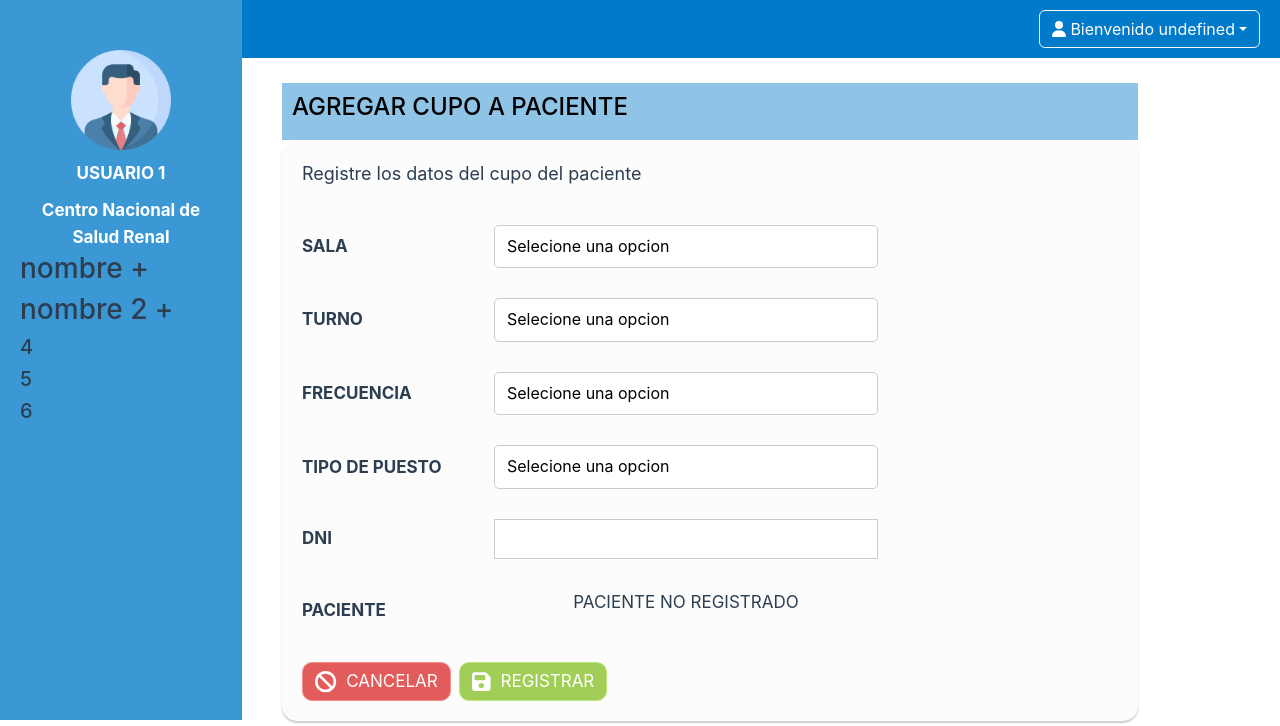
Repository: cynthiacevallos/organizadorhisar
Page: /gestion/cupos/add
An editor plug-in stored every save of this project. The page is shown before and after a run of saves, followed by the edit.
The browser window is 1280 px wide. The pictures show the whole page.
Some web libraries are served in a nearby version. The project was rebuilt for these pictures with package versions that can differ from the ones it lists, and the page was loaded fresh each time. Also part of the build but not shown: vite.config.js, vue.config.js.

Above is the page before, as saved 2023-09-06 09:23:34.

### index.html
<!DOCTYPE html>
<html lang="en">

<head>
  <meta charset="UTF-8">
  <link rel="icon" href="./src/assets/images/cnsr-logo.png">
  <meta name="viewport" content="width=device-width, initial-scale=1.0">
  <link href="https://cdn.jsdelivr.net/npm/bootstrap@5.3.1/dist/css/bootstrap.min.css" rel="stylesheet"
    integrity="sha384-4bw+/aepP/YC94hEpVNVgiZdgIC5+VKNBQNGCHeKRQN+PtmoHDEXuppvnDJzQIu9" crossorigin="anonymous">
  <title>HISAR</title>
</head>

<body>
  <div id="app"></div>
  <script type="module" src="/src/main.js"></script>


  <script src="https://code.jquery.com/jquery-3.2.1.slim.min.js"
    integrity="sha384-KJ3o2DKtIkvYIK3UENzmM7KCkRr/rE9/Qpg6aAZGJwFDMVNA/GpGFF93hXpG5KkN"
    crossorigin="anonymous"></script>
  <script src="https://cdn.jsdelivr.net/npm/popper.js@1.12.9/dist/umd/popper.min.js"
    integrity="sha384-ApNbgh9B+Y1QKtv3Rn7W3mgPxhU9K/ScQsAP7hUibX39j7fakFPskvXusvfa0b4Q"
    crossorigin="anonymous"></script>
  <script src="https://cdn.jsdelivr.net/npm/bootstrap@4.0.0/dist/js/bootstrap.min.js"
    integrity="sha384-JZR6Spejh4U02d8jOt6vLEHfe/JQGiRRSQQxSfFWpi1MquVdAyjUar5+76PVCmYl"
    crossorigin="anonymous"></script>
</body>

</html>

### src/main.js
import './assets/base.css'
import { createApp } from 'vue'
// import { Tooltip, Toast, Popover, Dropdown } from 'bootstrap';
import { createPinia } from 'pinia'
import piniaPluginPersistedstate from 'pinia-plugin-persistedstate'
import { FontAwesomeIcon } from "@fortawesome/vue-fontawesome";
import { library } from "@fortawesome/fontawesome-svg-core";
import { faPhone,faRightFromBracket,faPlus,faCircleCheck,faMagnifyingGlass,faFloppyDisk,faXmark,faBan,faPen, faFileExcel, faCircleXmark, faEye,faEyeSlash, faUser, faLock,faCircleExclamation } from "@fortawesome/free-solid-svg-icons";

import App from './App.vue'
import router from './router'
import 'vuetify/styles';
import { createVuetify } from 'vuetify';
import * as components from 'vuetify/components';
import * as directives from 'vuetify/directives';

const vuetify = createVuetify({
  components,
  directives,
});

createApp(App).use(vuetify).use(createPinia().use(piniaPluginPersistedstate)).use(router).component("font-awesome-icon", FontAwesomeIcon).mount('#app')

//import stores from './stores'
library.add(faPhone,faRightFromBracket,faPlus,faCircleCheck,faMagnifyingGlass,faFloppyDisk,faXmark,faBan,faPen,faFileExcel,faCircleXmark,faEye,faEyeSlash,faUser,faLock,faCircleExclamation);

// const app = createApp(App)

// app.use(createPinia())
// app.use(vuetify)
// app.use(router)
//    .component("font-awesome-icon", FontAwesomeIcon)

// app.mount('#app')

//createApp(App).use(createPinia()).use(stores).mount("#app");

### src/App.vue
<template>
   <!-- <SidenH :lista="arreglo" usuario="USUARIO 1" centro="Centro Nacional de Salud Renal" />-->
   <!-- <Tabla :header="headers" :data="datos"/>-->
    <!--<Input ancho="50vw" />
    <Input ancho="50vw"/>
    <Input ancho="500px" />-->
  <RouterView />

    <!--<Button title="BUSCAR" imagen="search.png" bgColor="#A1CE57" />
    <Button title="AGREGAR PACIENTE" imagen="cheque.png" bgColor="#00A79C"/>
    <Button title="CANCELAR" imagen="cancelar.png" bgColor="#E35C5C"/>
    <Button title="GENERAR EXCEL" imagen="excel.png" bgColor="#008000"/>
    <Button title="CERRAR SESION" imagen="cerrar-sesion.png" bgColor="#E35C5C" />
    <Button title="CUPOS DISPONIBLES" imagen="cheque.png" bgColor="rgba(59,153,213,0.55)"/>
    <Button imagen="lapiz.png" bgColor="rgba(0,122,201,0.44)"/>
    <Button imagen="eliminar.png" bgColor="#E35C5C"/>
    <Button title="SI" imagen="" bgColor="#A1CE57" />-->
</template>

<style scoped>
*{
  font-family: Inter, -apple-system, BlinkMacSystemFont, 'Segoe UI', Roboto, Oxygen, Ubuntu, Cantarell, 'Fira Sans', 'Droid Sans', 'Helvetica Neue', sans-serif;
}

</style>

<script setup>
  //import Input from './components/hisar_comp/InputH.vue'
  //import SidenH from './components/hisar_comp/SidenavH.vue'
  // import Button from './components/hisar_comp/ButtonH.vue'
 /* import Tabla from './components/hisar_comp/TablaH.vue'
  const headers = [
        {nombre:'TURNO'},{nombre:'FRECUENCIA'},{nombre:'FECHA DE INGRESO'},{nombre:'FECHA DE EVALUACION'},{nombre:'PESO'},{nombre:'TALLA'},{nombre:'ACCIONES'}
  ]
  const datos = [
        {turno:2, frecuencia:'L-M-V',fecIngreso:'2023-12-12',fecEval:'2023-12-12',peso:55,talla:1.55},
        {turno:1, frecuencia:'M-J-S',fecIngreso:'2023-12-12',fecEval:'2023-12-12',peso:55,talla:1.55},
        {turno:3, frecuencia:'L-M-V',fecIngreso:'2023-12-12',fecEval:'2023-12-12',peso:55,talla:1.55},
        {turno:3, frecuencia:'L-M-V',fecIngreso:'2023-12-12',fecEval:'2023-12-12',peso:55,talla:1.55},
        {turno:4, frecuencia:'L-M-V',fecIngreso:'2023-12-12',fecEval:'2023-12-12',peso:66,talla:1.66},
  ]*/
  //const arreglo = [
    //  {main: 'Gestion de cupos',sec:[{name:'Asignar Cupo'},{name:'Record Asignaciones'},{name:'Lista de espera'},////{name:'Reporte + Acreditacion'}]},
    //  {main: 'Seguridad'}
  //]
</script>

<!--<script setup>
import { RouterLink, RouterView } from 'vue-router'
import HelloWorld from './components/HelloWorld.vue'
</script>

<template>
  <header>
    <img alt="Vue logo" class="logo" src="@/assets/logo.svg" width="125" height="125" />

    <div class="wrapper">
      <HelloWorld msg="You did it!" />

      <nav>
        <RouterLink to="/">Home</RouterLink>
        <RouterLink to="/about">About</RouterLink>
      </nav>
    </div>
  </header>

  <RouterView />
</template>

<style scoped>
/*header {
  line-height: 1.5;
  max-height: 100vh;
}

.logo {
  display: block;
  margin: 0 auto 2rem;
}

nav {
  width: 100%;
  font-size: 12px;
  text-align: center;
  margin-top: 2rem;
}

nav a.router-link-exact-active {
  color: var(--color-text);
}

nav a.router-link-exact-active:hover {
  background-color: transparent;
}

nav a {
  display: inline-block;
  padding: 0 1rem;
  border-left: 1px solid var(--color-border);
}

nav a:first-of-type {
  border: 0;
}

@media (min-width: 1024px) {
  header {
    display: flex;
    place-items: center;
    padding-right: calc(var(--section-gap) / 2);
  }

  .logo {
    margin: 0 2rem 0 0;
  }

  header .wrapper {
    display: flex;
    place-items: flex-start;
    flex-wrap: wrap;
  }

  nav {
    text-align: left;
    margin-left: -1rem;
    font-size: 1rem;

    padding: 1rem 0;
    margin-top: 1rem;
  }
}
</style>-->

### src/router/index.js
import { createRouter, createWebHistory } from 'vue-router'
//import Test from '../views/TestH.vue'
const router = createRouter({
  history: createWebHistory(import.meta.env.BASE_URL),
  routes: [
    {
      path:'/',
      name:'cupos',
      component:() => import('../views/GestionCupos/CuposH.vue')
    },
    {
      path: '/gestion/cupos/add',
      name:'agregar paciente',
      component: () => import('../views/GestionCupos/FormAddPaciente.vue')
    },
    {
      path:'/gestion/cupos/asignaciones',
      name:'record asignaciones',
      component: () => import('../views/GestionCupos/RecordAsignaciones.vue')
    },
    {
      path:'/gestion/cupos/listaespera',
      name:'lista espera',
      component:() => import('../views/GestionCupos/ListaEsperaH.vue')
    },
    {
      path:'/gestion/cupos/reportes',
      name:'reportes cupos',
      component: () => import('../views/GestionCupos/ReportesCupos.vue')
    },
    {
      path:'/seguridad',
      name:'cambiocontraseña',
      component: () => import('../views/Seguridad/CambioContrasena.vue')
    },
    /*{
      path:'/',
      name:'x',
      component:Test
    },*/
  ]
})

export default router

### src/views/GestionCupos/FormAddPaciente.vue
<template>
    <!--<div class="modales" style="position:fixed;background-color: rgba(255,255,255,0.33);height: 100%;" v-show="show">
        <div style="position:fixed;top:20%;left: 40%;padding: 1%;width:500px;background-color: #FCFCFC;box-shadow: 1px 1px 1px 1px #ccc;border-radius: 10px;">
            <div style="background-color: #F5F5F5;box-shadow: 1px 1px 1px 1px #ccc;">
                <p><strong> TURNO</strong> <span>TURNO 1</span>  </p>
                <p> <strong>FRECUENCIA </strong><span>LUN-MIE-VIE</span>  </p>
                <p> <strong>TIPO DE PUESTO</strong> <span>NORMAL</span>  </p>
                <p><strong> CANTIDAD DE CUPOS</strong> <span>30</span>  </p>
            </div>
            <div style="background-color: #F5F5F5;box-shadow: 1px 1px 1px 1px #ccc;">
                <p><strong> TURNO</strong> <span>TURNO 1</span>  </p>
                <p> <strong>FRECUENCIA </strong><span>LUN-MIE-VIE</span>  </p>
                <p> <strong>TIPO DE PUESTO</strong> <span>NORMAL</span>  </p>
                <p><strong> CANTIDAD DE CUPOS</strong> <span>30</span>  </p>
            </div>
            <div style="width: 50px;margin: 0 auto;">
                <Button @click="cambiar" title="OK" bgColor="#A1CE57" background="#A1CE57" font="#FFF" iconos="circle-check" />
            </div>
        </div>
    </div>-->

    <div class="main">
        <Sidenav :lista="arreglo" :usuario="user" :centro="centro" />
        <div class="content">
            <Header />
            <div class="form">
                <div class="title">
                    <h4>AGREGAR CUPO A PACIENTE</h4>
                </div>
                <div class="form-container">
                    <p>Registre los datos del cupo del paciente</p>
                    <div class="form-input">
                        <label for="sala">SALA</label>
                        <Select ancho="30vw" id="sala" :opciones="salas" />
                    </div>
                    <div class="form-input">
                        <label for="turno">TURNO</label>
                        <Select ancho="30vw" id="turno" :opciones="turnos" />
                    </div>
                    <div class="form-input">
                        <label for="frecuencia">FRECUENCIA</label>
                        <Select ancho="30vw" id="frecuencia" :opciones="frecuencias" />
                    </div>
                    <div class="form-input">
                        <label for="tipoPuesto">TIPO DE PUESTO</label>
                        <Select ancho="30vw" id="tipoPuesto" :opciones="puestos" />
                    </div>
                    <div class="form-input">
                        <label for="dni">DNI</label>
                        <Input ancho="30vw" id="dni"/>
                    </div>
                    <div class="form-input">
                        <label for="paciente">PACIENTE</label>
                        <input id="paciente" type="text" hidden>
                        <p>PACIENTE NO REGISTRADO</p>
                    </div>
                    <div class="form-botones">
                        <Button @click="inicio" title="CANCELAR" bgColor="#F48F8F" background="#E35C5C" font="#FFF" iconos="fa-ban" />
                        <Button @click="add" title="REGISTRAR" background="#A1CE57" bgColor="#BEE67C" iconos="fa-floppy-disk" font="#FFF" />
                    </div>
                </div>
            </div>
        </div>
    </div>
</template>

<style scoped>
*{
    width: 100%;
}
.main{
    display: flex;
    /*width: 100%;*/
}
.content{
    display: flex;
    flex-direction: column;
    gap:20px
}
.form{
    margin-left: 20px;
    padding: 5px 20px;
    width: 70vw;
}
.title{
    background-color: rgba(0,122,201,0.44);
    padding: 10px;
}
.form h4{
    color: #000;
}
.form-container {
    background-color:#fcfcfc;
    padding: 20px;
    border-radius: 15px;
    box-shadow: 0px 2px 2px 0px #ccc;
    display: flex;
    flex-direction: column;
    gap:20px;
}
.form-container p{
    font-size: 18px;
}
.form-input{
    width: 100%;
    padding-bottom: 10px;
    display: flex;
    flex-direction: row;
    flex-wrap: wrap;
    align-items: center;
}
.form-input p {
    font-size: 17px;
    width: 30vw;
    text-align: center;
}
.form-input label{
    font-size: 17px;
    font-weight: bold;
    width: 15vw;
    /*padding-right: 100px;*/
}
.form-botones{
    display: flex;
    gap:1%;
    flex-wrap: wrap;
}
</style>

<script setup>
    //import {ref} from 'vue'

    import {useRouter} from 'vue-router'
    import Sidenav from '../../components/hisar_comp/SidenavH.vue'
    import Header from '../../components/hisar_comp/HeaderH.vue'
    import Input from '../../components/hisar_comp/InputH.vue'
    import Button from '../../components/hisar_comp/ButtonH.vue'
    import Select from '../../components/hisar_comp/InputSelect.vue'

    const user= "USUARIO 1"
    const centro="Centro Nacional de Salud Renal"
    const salas = ["SALA 1","SALA 2","SALA 3","SALA 4"]
    const turnos = ["TURNO 1","TURNO 2","TURNO 3","TURNO 4"]
    const frecuencias = ["LUN-MIE-VIE","MAR-JUE-SAB"]
    const puestos = ["NORMAL","ESPECIAL","ESPECIAL C+","NEGATIVO"]

    const router = useRouter()
    //const show = ref(false)

    /*const cambiar = () => {
        show.value = !show.value
    }*/
   // let clinicas = ref([])

    /*const getClinicas = computed(() => {
        return store.getClinicas;
    })*/

    /*const cclinicas = computed(()=>{
        return store.clinicas
    })*/
    const arreglo = [
        {main: 'Gestion de cupos',sec:[{name:'Inicio',link:'/'},{name:'Asignar Cupo',link:'/gestion/cupos/add'},{name:'Record Asignaciones',link:'/gestion/cupos/asignaciones'},{name:'Lista de espera',link:'/gestion/cupos/listaespera'},{name:'Reporte + Acreditacion',link:'/gestion/cupos/reportes'}], done:false},
        {main: 'Seguridad',sec:[{name:'Cambio de contraseña',link:'/seguridad'}],done:false}
    ]

    const inicio = () => {
        router.push("/")
    }
    const add = () => {
        console.log('add')
    }

</script>

### src/components/hisar_comp/SidenavH.vue
<template>
    <div class="siden">
        <div class="usuario-info">
            <img src="../../assets/images/user-icon2.png" alt="" width="100" height="100">
            <span>{{ usuario }}</span>
            <span>{{ centro }}</span>
        </div>
        <div>
            <div v-for="(i,index) in arreglos" :key="index" >
                <div>
                    <div>
                        <h3>{{ i.nombre }} <button @click="mostrar(i)">+</button></h3>
                    </div>
                    <div v-for="(j,ind) in i.numeros" :key="ind" v-show="i.mostrar" >
                        <h5>{{ j.id }}</h5>
                    </div>
                </div>
            </div>
        </div>
        <!--<div class="items">
            <div  v-for="(i,index) in lista" :key="index">
                <div class="item-siden">
                    <p>{{ i.main.toUpperCase() }}
                        <button class="item-boton" @click="showItems()">+</button>
                    </p>
                </div>
                <div class="item-sub-siden" v-for="(j,indice) in i.sec" :key="indice" :class="i.main">
                    <router-link class="link" :to="{ path:''+`${j.link}`}"  >
                        <div class="item-sub-siden-link"> {{ j.name }} </div>
                    </router-link>
                </div>
            </div>
        </div>-->
    </div>
</template>

<style scoped>
.link{
    color:#FFF;
    text-decoration: none;
}
.router-link-active .item-sub-siden-link{
    background-color: rgba(25,34,38,0.22);
    border-radius: 10px;
    box-shadow: 1px 1px 1px 1px rgba(25,34,38,0.22);
}
.item-sub-siden-link{
    padding: 8px;
}
.item-sub-siden-link:hover{
    background-color:rgba(25,34,38,0.33);
    border-radius: 10px;
}

body {
    margin: 0px !important;
}
.siden{
    width: 289px;
    height: 100vh;
    padding: 0 20px;
    background-color: rgba(0,122,201,0.77);
}
.usuario-info{
    display: flex;
    flex-direction: column;
    align-items: center;
    justify-content: center;
    gap:10px;
    padding-top: 50px;
}
.usuario-info span{
    color:white;
    font-weight: bold;
    text-align: center;
    padding: 0 10px;
    font-size: 17px;
}
.items{
    width: 225px;
    margin: 50px auto;
}
.item-boton{
    background:transparent;
    border: none;
    color: white;
    height: fit-content;
    padding: 0 10px;
    margin: 7px 5px;
    font-size: 20px;
    font-weight: bold;
    cursor: pointer;
    border:1px solid #000
}

.item-siden{
    /*margin-top:10px;*/
    color:white;
    background-color: rgba(25,34,38,0.22);
    width: 231px;
    padding:0;
    text-indent: 10px;
    border-radius: 10px;
    margin-bottom: 5px;
    font-size: 17px;
    font-weight: bold;
}
/*.item-siden:last-child button{
    display: none;
}*/
.item-sub-siden{
    color:white;
    text-indent: 25px;
    width: 225px;
    border-radius: 10px;
    background-color: rgba(255,255,255,0.15);
    margin-bottom: 10px;
}
.item-sub-siden.active {
    display: block;
}
</style>

<script setup>
import { reactive } from 'vue'
    defineProps({
        usuario:{
            type:String,
            require:false
        },
        centro:{
            type:String,
            require:true
        },
        lista:{
            type:Array,
            require:false
        }
    })

    const arreglos = reactive([
        {nombre:'nombre',numeros:[{id:1},{id:2},{id:3}],mostrar:false},
        {nombre:'nombre 2',numeros:[{id:4},{id:5},{id:6}],mostrar:true}
    ])

    const mostrar = (i) => {
       i.mostrar = !i.mostrar
    }

    const showItems = () =>{
        const cc = document.querySelector(".item-sub-siden")
        console.log(cc)
        //mostrar.value = !most rar.value
        //mostrar.value = !mostrar.value
        //console.log(item)
        //item.done = false;
    }
</script>

### src/components/hisar_comp/HeaderH.vue
<template>
    <div class="barra">
        <!-- <h2>HISAR</h2> -->
        <div class="dropdown show">
            <a class="btn btn-outline-light dropdown-toggle" href="#" role="button" id="dropdownMenuLink" data-toggle="dropdown"
                aria-haspopup="true" aria-expanded="true">
                <font-awesome-icon :icon="['fas', 'user']" />
                Bienvenido {{ usuario }}
            </a>
            <div class="dropdown-menu" aria-labelledby="dropdownMenuLink">
                <a class="dropdown-item" @click="miPerfil" >Mi perfil</a>
                <a class="dropdown-item" @click="cerrarSesion" >Cerrar sesion</a>
            </div>
        </div>
        <!-- <ButtonH title="CERRAR SESION" bgColor="#E35C5C" background="#E35C5C" font="#FFF" iconos="right-from-bracket"/> -->
    </div>
</template>

<style scoped>
.barra {
    /* background-color: rgba(26, 34, 38, 0.88); */
    background-color: rgb(0, 122, 201);
    height: fit-content;
    width: 100%;
    padding: 10px 20px;
    display: flex;
    flex-wrap: wrap;
    align-items: center;
    justify-content: flex-end;
}
.barra h2{
    color: white;
    /* font-weight: bold; */
    margin: 0;
    letter-spacing: 5px;
}
.dropdown a{
    color: white;
}
.dropdown:hover a{
    color: #000;
}
</style>

<script setup>
// import
import { useUsuarioStore } from '../../stores/usuario';
import router from '../../router';

const store = useUsuarioStore()
const usuario = store.user.nombres.split(" ")[0]+' '+store.user.nombres.split(" ")[1]

const cerrarSesion = () => {
    sessionStorage.clear()
    router.push("/")
}

const miPerfil = () => {
    router.push("/perfil")
}
</script>

### src/components/hisar_comp/InputSelect.vue
<template>
    <select :name="id" :id="id" class="seleccion" >
        <option class="" value="" selected hidden disabled >Selecione una opcion</option>
        <option  v-for="(i,index) in opciones" :key="index" >{{ i }}</option>
    </select>
    <!--<button class="boton" @click="verOpciones" >
        Seleccione una opcion
    </button>

    <div class="opciones">
        <button class="optciones-item">Centro Nacional de Salud Renal</button>
        <button >CCCC</button>
        <button>DDDD</button>
        <button>KKKK</button>
    </div>-->
</template>

<style scoped>
button{
    background-color:transparent;
    border:none;
    font-size: 14px;
}
.seleccion{
    width: v-bind(ancho);
    background-color:#FFF;
    border:none;
    padding: 8px 12px;
    border-radius: 5px;
    font-size: 16px;
    display: flex;
    gap:10px;
    border: 1px solid #ccc;
    cursor: pointer;
}
.seleccion:focus{
    outline: none;
}
.seleccion option{
    padding-top:100px;
    text-align: left;
}




.opciones{
    background-color: #fff;
    box-shadow: 1px 1px 1px 1px  #ccc;
    width: 50%;
    display: v-bind(display);
    margin: 0;
    padding: 0;
}

.opciones button{
    cursor: pointer;
    width: 100%;
    text-align: left;
    height: fit-content;
}

.opciones button:hover{
    color: white;
    cursor: pointer;
    background-color: #007AC9;
}
option{
    line-height: 200px;
    padding: 200px;
    margin: 500px;
    padding-top: 200px;
}
.select {
    width: v-bind(ancho);
    border: none;
    font-size: 14px;
    background-color: rgba(229,229,229,0.44);
    border:1px solid #ccc;
    padding: 10px;
    text-indent: 15px;
    border-radius: 20px;
    overflow: hidden;
    transition: box-shadow 0.3s ease;
}

.select:focus{
    outline: none;
    border: 2px solid #007AC9;
}

</style>

<script setup>
    import { ref } from 'vue'
    defineProps({
        ancho:{
            type: String,
            require:true,
            default:"500px"
        },
        opciones:{
            type:Array,
            require:true
        },
        id:{
            type:String,
            require:true
        }
    })
    let display = ref('none')
</script>

### src/components/hisar_comp/ButtonH.vue
<template>
    <button class="boton" >
        <font-awesome-icon :icon="['fas', iconos]" size="lg" />
        <span class="title">{{ title }}</span>
    </button>

</template>

<style scoped>
    .boton{
        border: 1px solid v-bind(bgColor);
        background-color: v-bind(background);
        padding: 5px 12px;
        border-radius: 10px;
        color:white;
        font-size: 17px;
        text-align: center;
        justify-content: center;
        align-items: center;
        display: flex;
        gap:10px;
        width: fit-content;
        color: v-bind(font);
    }
    .boton:hover{
        cursor: pointer;
        background-color: v-bind(bgColor);
        border:2px solid v-bind(bgColor);
        color:#FFF;
    }
    .title{
        font-weight: 400;
    }
</style>

<script setup>
    defineProps({
        title: {
            type: String,
            required:false
        },
        bgHover:{
            type:String,
            require:false
        },
        bgColor:{
            type:String,
            required:true,
        },
        background:{
            type:String,
            required:true,
            default:"#FFF"
        },
        iconos:{
            type: String,
            required:true
        },
        font:{
            type:String,
            required:true
        }
    })
</script>

### src/components/hisar_comp/InputH.vue
<template>
    <input class="input"  :id="id" :placeholder="placeholder">
</template>

<style scoped>
    .input{
        /*background-color: rgba(229,229,229,0.44);*/
        background-color: #FFF;
        border:1px solid #ccc;
        padding: 7px;
        /*border-radius: 20px;*/
        transition: box-shadow 0.3s ease;
        width: v-bind(ancho);
    }
    .input::placeholder{
        color: #CCC;
    }
    .input:focus{
        outline: none;
        border: 2px solid #007AC9;
        /*box-shadow: 0 0 0 2px #007AC9;*/
    }
</style>

<script setup>
    defineProps({
        ancho:{
            type:String,
            require:true
        },
        id:{
            type:String,
            require:true
        },
        placeholder:{
            type:String,
            require:true,
        }
    })

</script>

### src/stores/clinicas.js
import { defineStore } from "pinia";

export const useClinicasStore = defineStore("clinicas",{
    state: () => ({
        clinicas: {}
    }),
    getters:{

    },
    actions:{

    }
})

Loaded but not shown: src/assets/base.css (common file); src/stores/usuario.js (58 lines, source omitted)

After the next 3 saves:
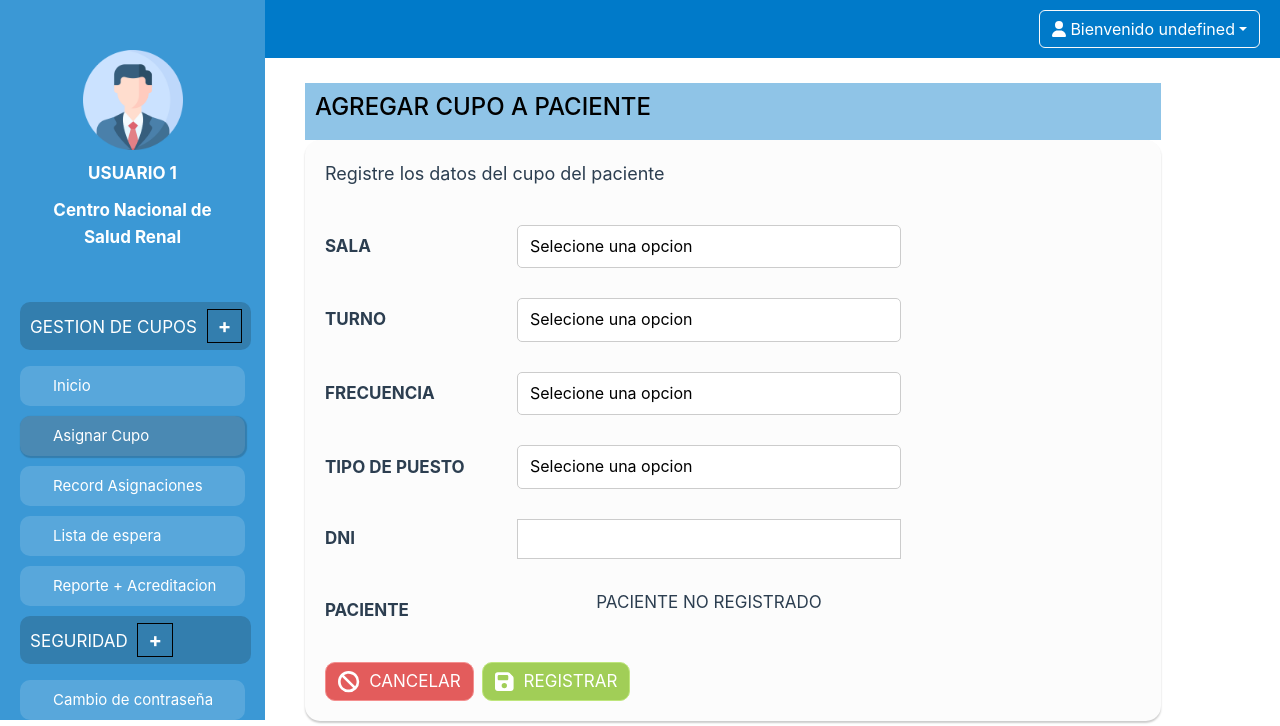
The 3 saves are shown as one change because they came seconds apart.
The last was saved 18 s later.
--- a/src/components/hisar_comp/SidenavH.vue
+++ b/src/components/hisar_comp/SidenavH.vue
@@ -5,19 +5,8 @@
             <span>{{ usuario }}</span>
             <span>{{ centro }}</span>
         </div>
-        <div>
-            <div v-for="(i,index) in arreglos" :key="index" >
-                <div>
-                    <div>
-                        <h3>{{ i.nombre }} <button @click="mostrar(i)">+</button></h3>
-                    </div>
-                    <div v-for="(j,ind) in i.numeros" :key="ind" v-show="i.mostrar" >
-                        <h5>{{ j.id }}</h5>
-                    </div>
-                </div>
-            </div>
-        </div>
-        <!--<div class="items">
+
+        <div class="items">
             <div  v-for="(i,index) in lista" :key="index">
                 <div class="item-siden">
                     <p>{{ i.main.toUpperCase() }}
@@ -30,7 +19,7 @@
                     </router-link>
                 </div>
             </div>
-        </div>-->
+        </div>
     </div>
 </template>
 
